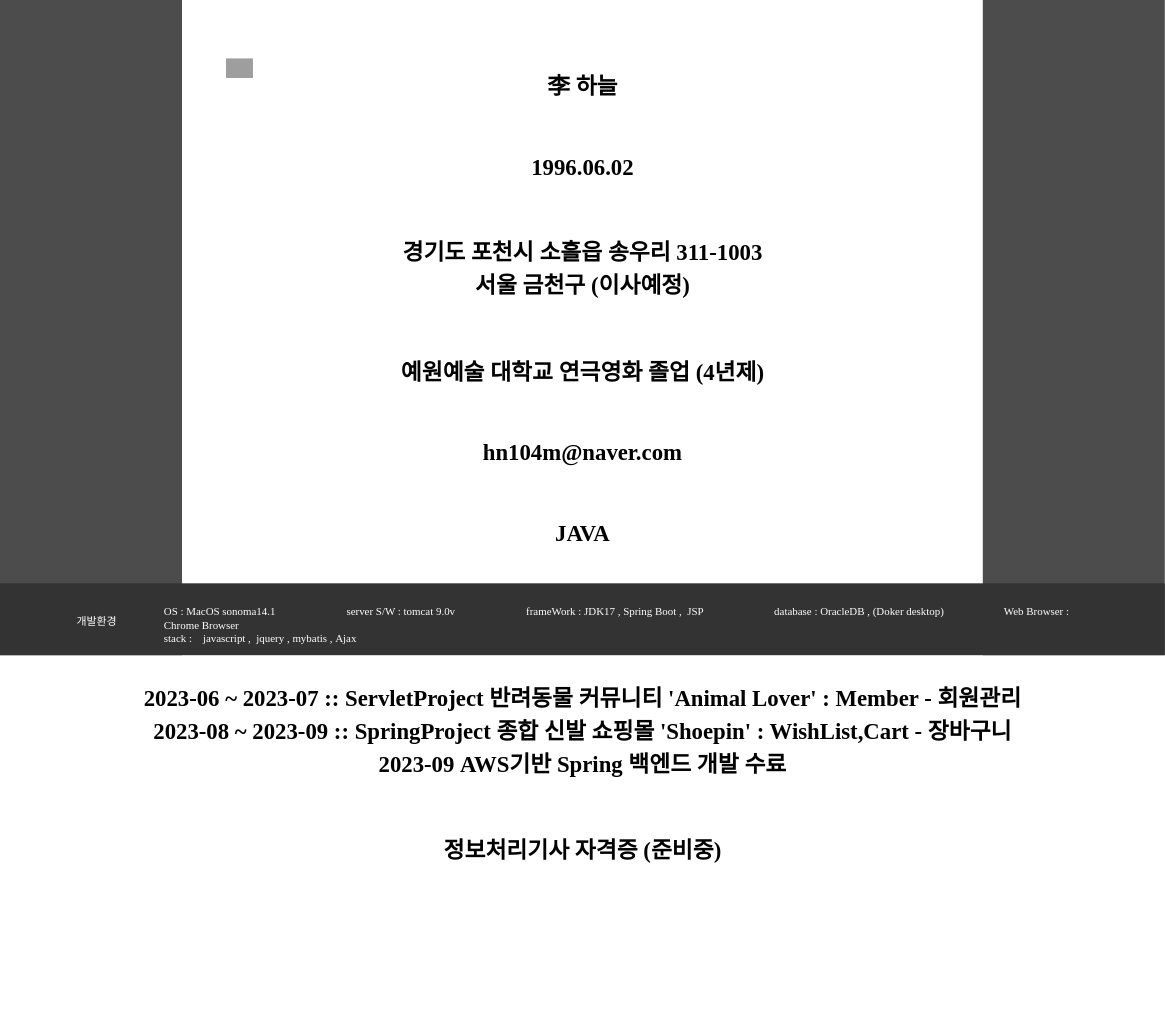
Repository: LeeHaNeul96/Leehaneul
Page: http://localhost/com.introduce/WEB-INF/views/more.jsp
These files come from the project's save history. The page is drawn as it stood at one moment and after a run of saves; the edit follows.
The browser window is 1280 px wide. The pictures show the whole page, at 91% of full size.
Pictures or frames that could not be fetched are drawn as grey boxes. The page is served by Tomcat 9. Nobody is signed in. The template is opened directly, without the code that normally fills it, so the values that code supplies are empty.

Above is the page before, as saved 2023-10-31 09:49:12.

After the next 2 saves:
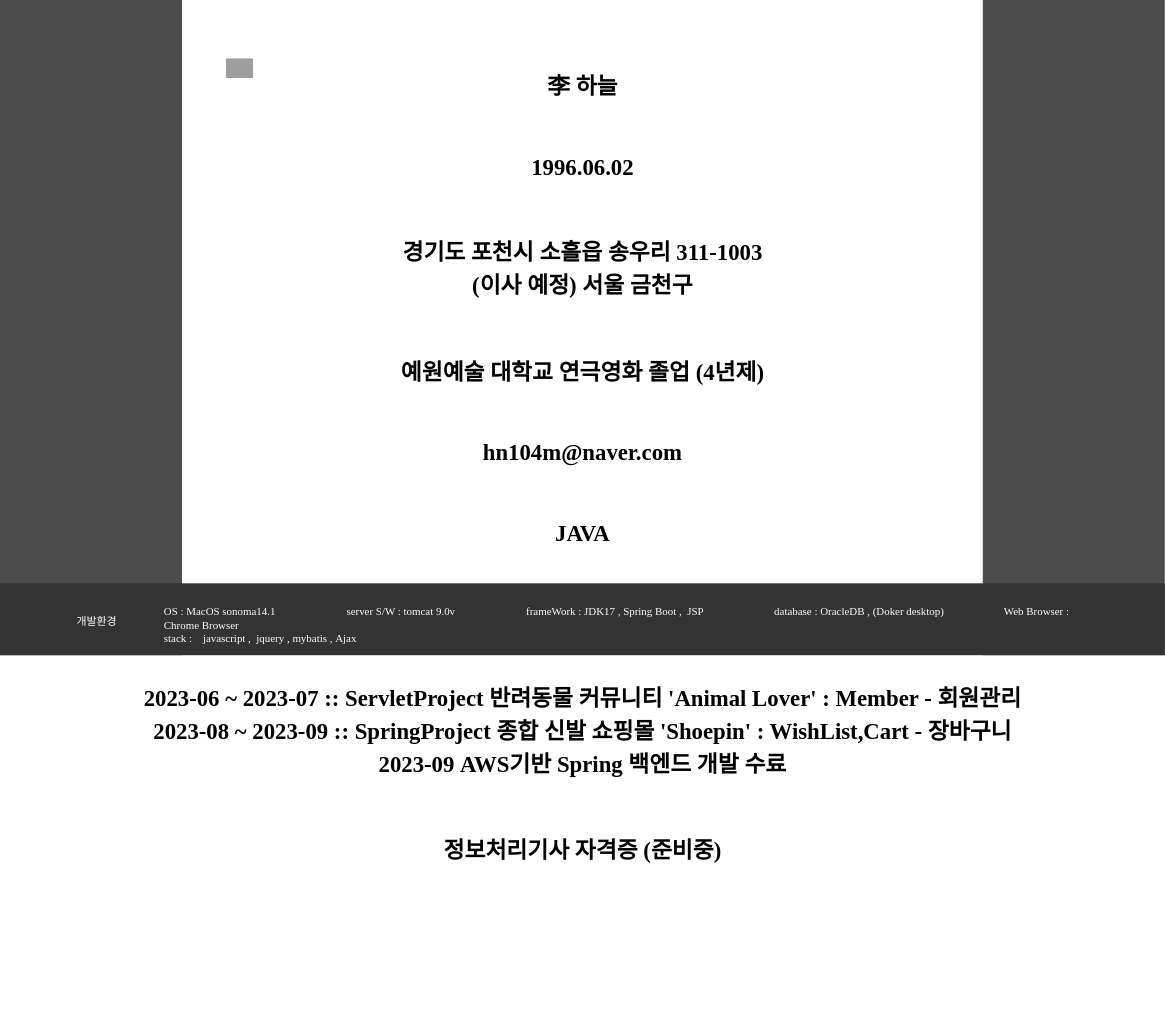
The 2 saves are shown as one change because they came seconds apart.
The last was saved 65 s later.
--- a/com.introduce/src/main/webapp/WEB-INF/views/more.jsp
+++ b/com.introduce/src/main/webapp/WEB-INF/views/more.jsp
@@ -101,7 +101,7 @@ $(function() {
 <h2>李 하늘</h2><br>
 <h2>1996.06.02</h2><br>
 <h2>경기도 포천시 소흘읍 송우리 311-1003<br>
-서울 금천구 (이사예정)
+(이사 예정) 서울 금천구
 </h2><br>
 <h2>예원예술 대학교 연극영화 졸업 (4년제)</h2><br>
 <h2>hn104m@naver.com</h2><br>
